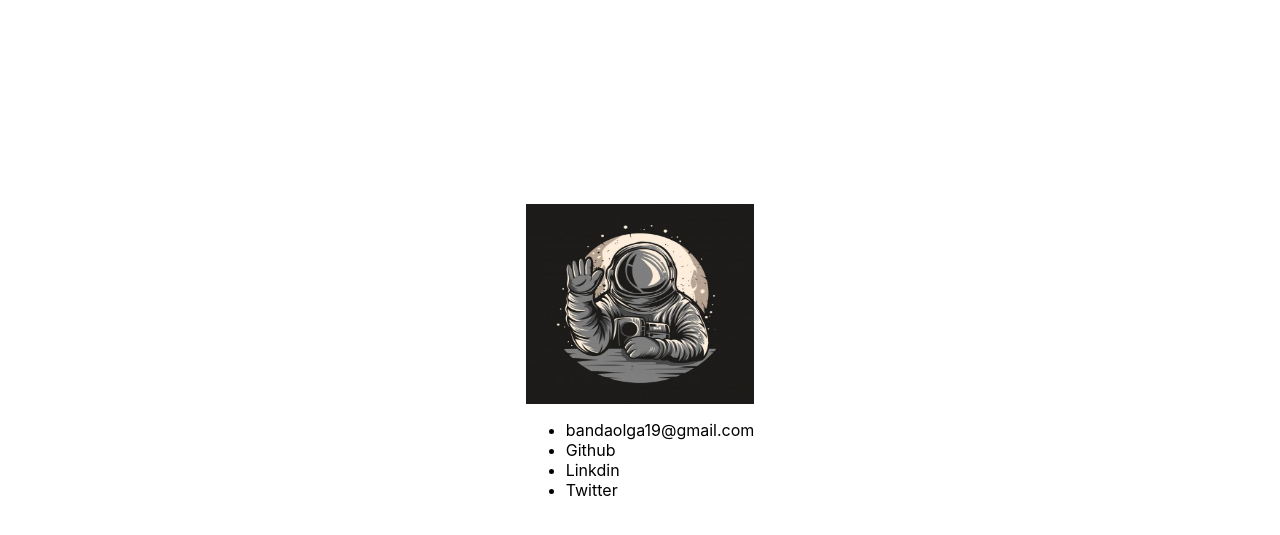
Repository: G1ft-Banda/My-portfolio-Website
Page: /
These files come from the project's save history. The page is drawn as it stood at one moment and after the next save; the edit follows.
The browser window is 1280 px wide. The pictures show the whole page.
The project was rebuilt for these pictures with package versions that can differ from the ones it lists, and the page was loaded fresh each time. The framework's server and built-in components were replaced by stand-ins that run in the browser. Also part of the build but not shown: next.config.js.

Above is the page before, as saved 2022-09-29 10:53:05.

After the next save:
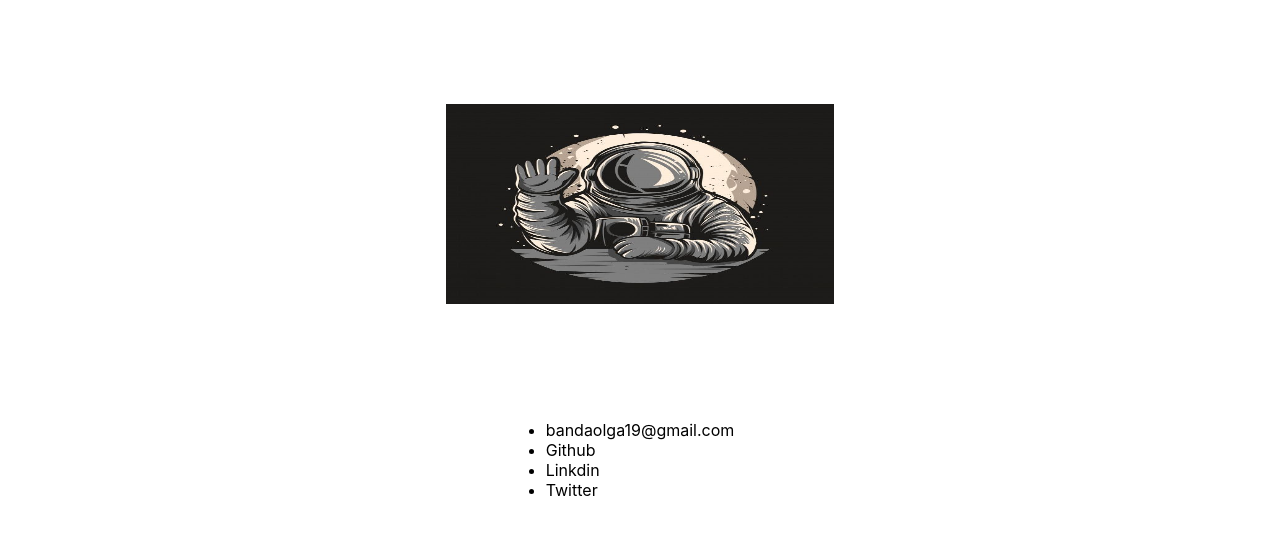
Saved 57 s later.
--- a/styles/globals.css
+++ b/styles/globals.css
@@ -21,6 +21,9 @@
   display: grid;
   place-content: center;
 }
+ul {
+  padding: 100px;
+}
 @media (prefers-color-scheme: dark) {
   html {
     color-scheme: dark;

After the save that followed:
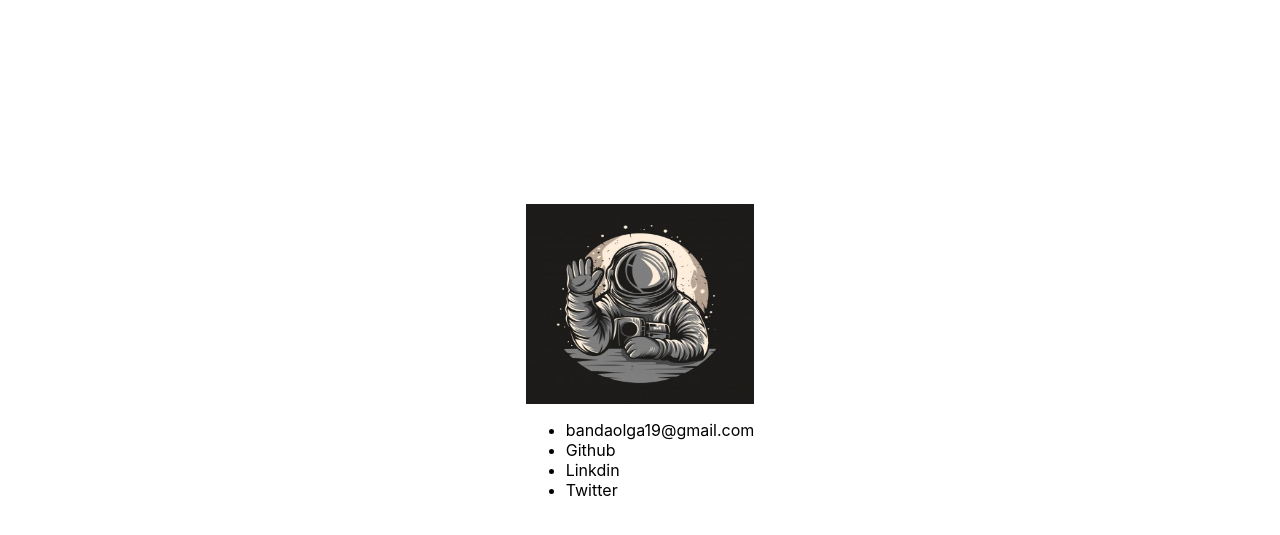
Saved 30 s later.
--- a/styles/globals.css
+++ b/styles/globals.css
@@ -21,9 +21,11 @@
   display: grid;
   place-content: center;
 }
-ul {
-  padding: 100px;
+
+.social-links {
+  text-decoration: none;
 }
+
 @media (prefers-color-scheme: dark) {
   html {
     color-scheme: dark;
